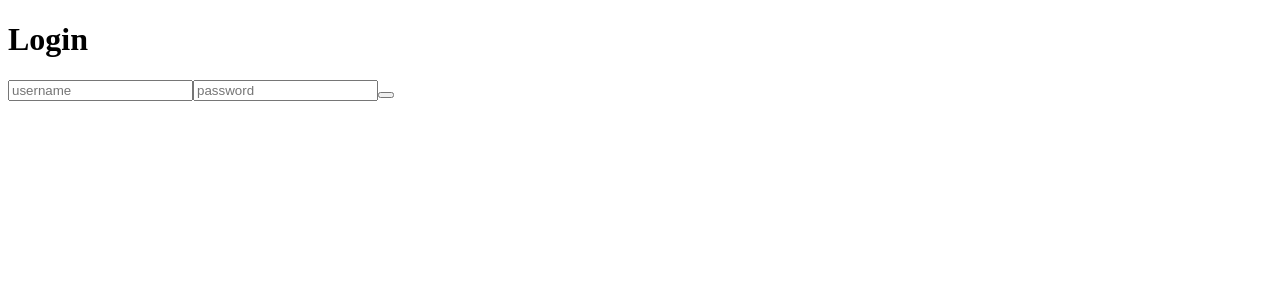
Repository: Jace9999/V-Blog
Page: /login (app in client/youtube2022/)
These files come from the project's save history. The page is drawn as it stood at one moment and after the next save; the edit follows.
The browser window is 1280 px wide. The pictures show the whole page.
The project was rebuilt for these pictures with package versions that can differ from the ones it lists, and the page was loaded fresh each time. Also part of the build but not shown: client/youtube2022/src/pages/Register.jsx, client/youtube2022/src/pages/Home.jsx, client/youtube2022/src/pages/Single.jsx, client/youtube2022/src/pages/Write.jsx, client/youtube2022/src/components/Navbar.jsx, client/youtube2022/src/components/Footer.jsx.

Above is the page before, as saved 2023-08-02 14:06:24.

### client/youtube2022/src/App.jsx
import {
  createBrowserRouter,
  RouterProvider,
  Route,
  Outlet,
} from "react-router-dom"

import { Register } from "./pages/Register";
import { Home } from "./pages/Home";
import { Single } from "./pages/Single";
import { Write } from "./pages/Write";
import { Login } from "./pages/Login";
import { Navbar } from "./components/Navbar";
import { Footer } from "./components/Footer";

const Layout = ()=>{
  return (
    <>
    <Navbar/>
    <Outlet/>
    <Footer/>
    </>
  );
};

const router = createBrowserRouter([
  {
    path: "/",
    element: <Layout/>,
    children:[
      {
       path:"/",
        element:<Home/>
      },
      {
        path:"/post/:id",
        element:<Single/>
      },
      {
        path:"/write",
        element:<Write/>
      }
  ]
  },
  {
    path: "/register",
    element: <Register/>
  },
  {
    path: "/single",
    element: <Single/>
  },
  {
    path: "/write",
    element: <Write/>
  },
  {
    path: "/login",
    element: <Login/>
  },
  {
    path: "/home",
    element: <Home/>
  }

]);



function App() {
  return (
    <div className="app">
      <div className="contariner">

        <RouterProvider router= {router}/>

      </div>
    </div>);
}



export default App;

### client/youtube2022/src/pages/Login.jsx
import React from 'react'

export const Login = () => {
  return (
    <div className='auth'>
      <h1>Login</h1>
      <form>
        <input type="text" placeholder='username'/>
        <input type="password" placeholder='password'/>
        <button></button>
      </form>

    </div>
  )
}

Loaded but not shown: client/youtube2022/index.html (common file); client/youtube2022/src/main.jsx (common file)

After the next save:
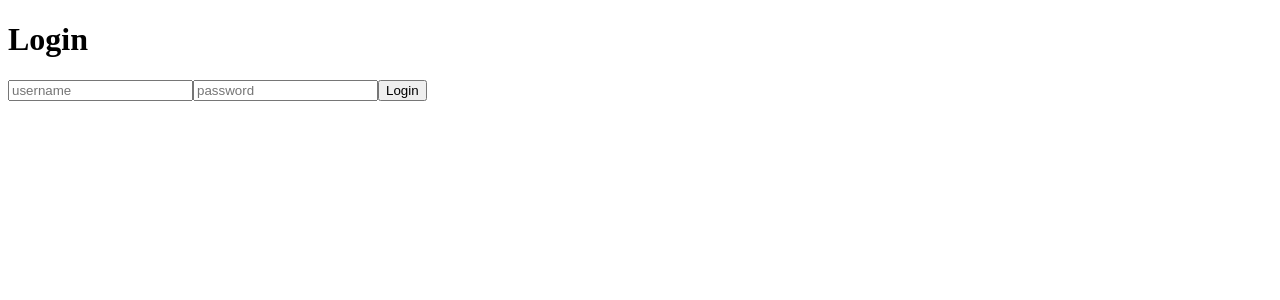
Saved 14 s later.
--- a/client/youtube2022/src/pages/Login.jsx
+++ b/client/youtube2022/src/pages/Login.jsx
@@ -7,7 +7,7 @@ export const Login = () => {
       <form>
         <input type="text" placeholder='username'/>
         <input type="password" placeholder='password'/>
-        <button></button>
+        <button>Login</button>
       </form>
 
     </div>
